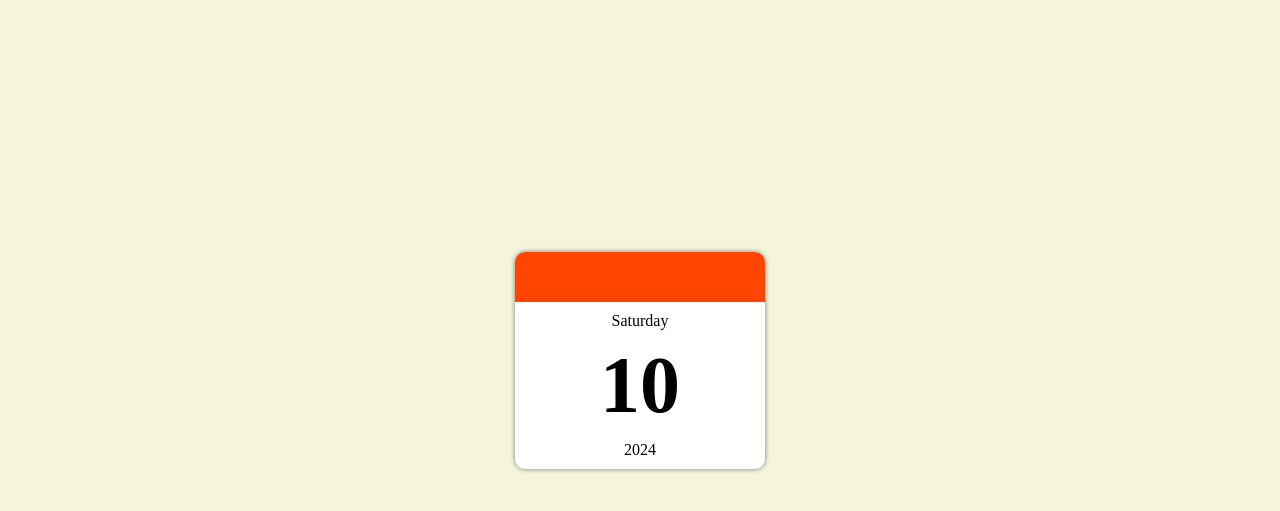
Repository: JunaidAnsari202/Mini-Calender
Page: index.html
The author's editor kept a copy of each file at every save. The page is drawn from the files as they stood at one save, then again after the next save.
The browser window is 1280 px wide. The pictures show the whole page.

Above is the page before, as saved 2024-11-10 12:01:45.

After the next save:
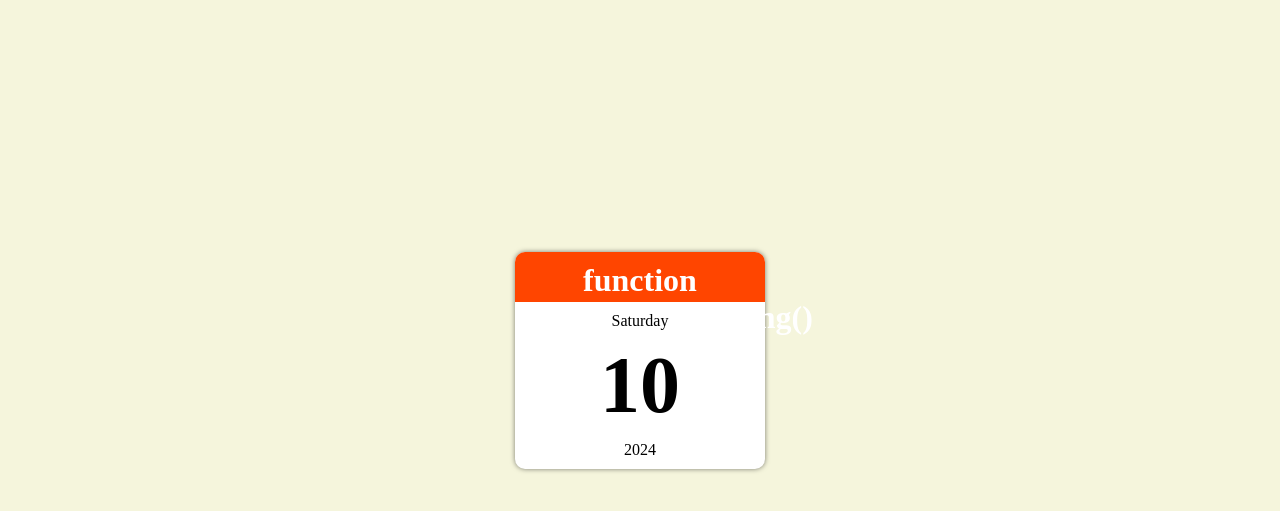
Saved 6 s later.
--- a/script.js
+++ b/script.js
@@ -7,5 +7,5 @@ window.addEventListener("DOMContentLoaded",()=>{
     const date= new Date();
     day.textContent=date.getDate();
     year.textContent=date.getFullYear();
-    month.textContent=date.t
+    month.textContent=date.toLocaleDateString
 })
